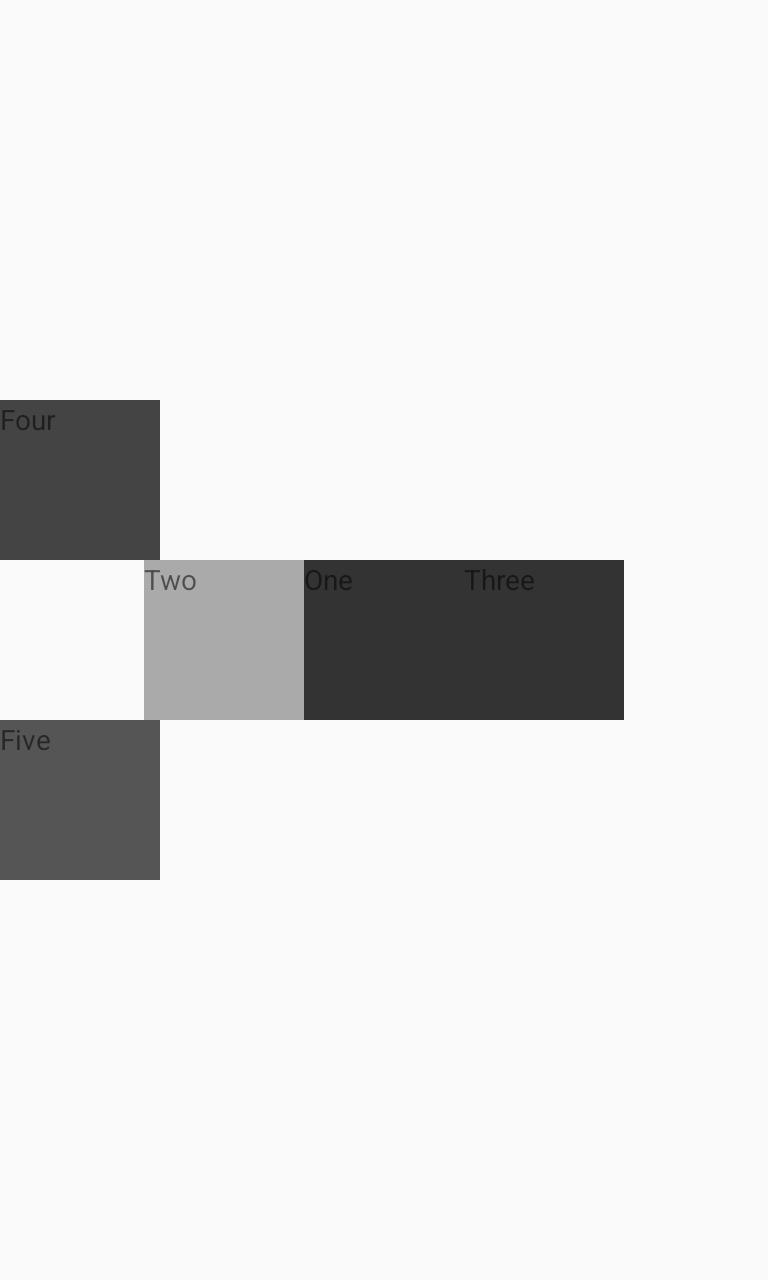
Repository: bingb89/Garbage
Layout: xml/hello/res/layout/activity_main.xml
The author's editor kept a copy of each file at every save. The layout is drawn from the files as they stood at one save, then again after the next save.
It is drawn on a 768 x 1280 px phone screen (xhdpi) without system bars, with theme AppTheme; the app's code is not run.

Above is the layout before, as saved 2015-12-24 08:52:06.

### xml/hello/res/layout/activity_main.xml
<RelativeLayout xmlns:android="http://schemas.android.com/apk/res/android"
    xmlns:tools="http://schemas.android.com/tools"
    android:id="@+id/RelativeLayout1"
    android:layout_width="match_parent"
    android:layout_height="match_parent" >

    <TextView
        android:id="@+id/t1"
        android:layout_width="80dp"
        android:layout_height="80dp"
        android:layout_centerInParent="true"
        android:background="#333333"
        android:text="@string/one" />

    <TextView
        android:id="@+id/t2"
        android:layout_width="80dp"
        android:layout_height="80dp"
        android:layout_toLeftOf="@id/t1"
        android:layout_centerVertical="true"
        android:background="#aaaaaa"
        android:text="@string/two" />

    <TextView
        android:id="@+id/t3"
        android:layout_width="80dp"
        android:layout_height="80dp"
        android:layout_toRightOf="@id/t1"
        android:layout_centerVertical="true"
        android:background="#333333"
        android:text="@string/three" />

    <TextView
        android:id="@+id/t4"
        android:layout_width="80dp"
        android:layout_height="80dp"
        android:layout_above="@id/t1"
        android:background="#444444"
        android:text="@string/four" />

    <TextView
        android:id="@+id/t5"
        android:layout_width="80dp"
        android:layout_height="80dp"
        android:layout_below="@id/t1"
        android:background="#555555"
        android:text="@string/five" />

</RelativeLayout>

### xml/hello/res/values/strings.xml
<?xml version="1.0" encoding="utf-8"?>
<resources>

    <string name="app_name">hello</string>
    <string name="hello_world">Hello world!</string>
    <string name="action_settings">Settings</string>

    <string name="one">One</string>
    <string name="two">Two</string>
    <string name="three">Three</string>
    <string name="four">Four</string>
    <string name="five">Five</string>

</resources>

Loaded but not shown: xml/hello/res/values/styles.xml (common file); xml/hello/res/values-v11/styles.xml (common file); xml/hello/res/values-v14/styles.xml (common file)

After the next save:
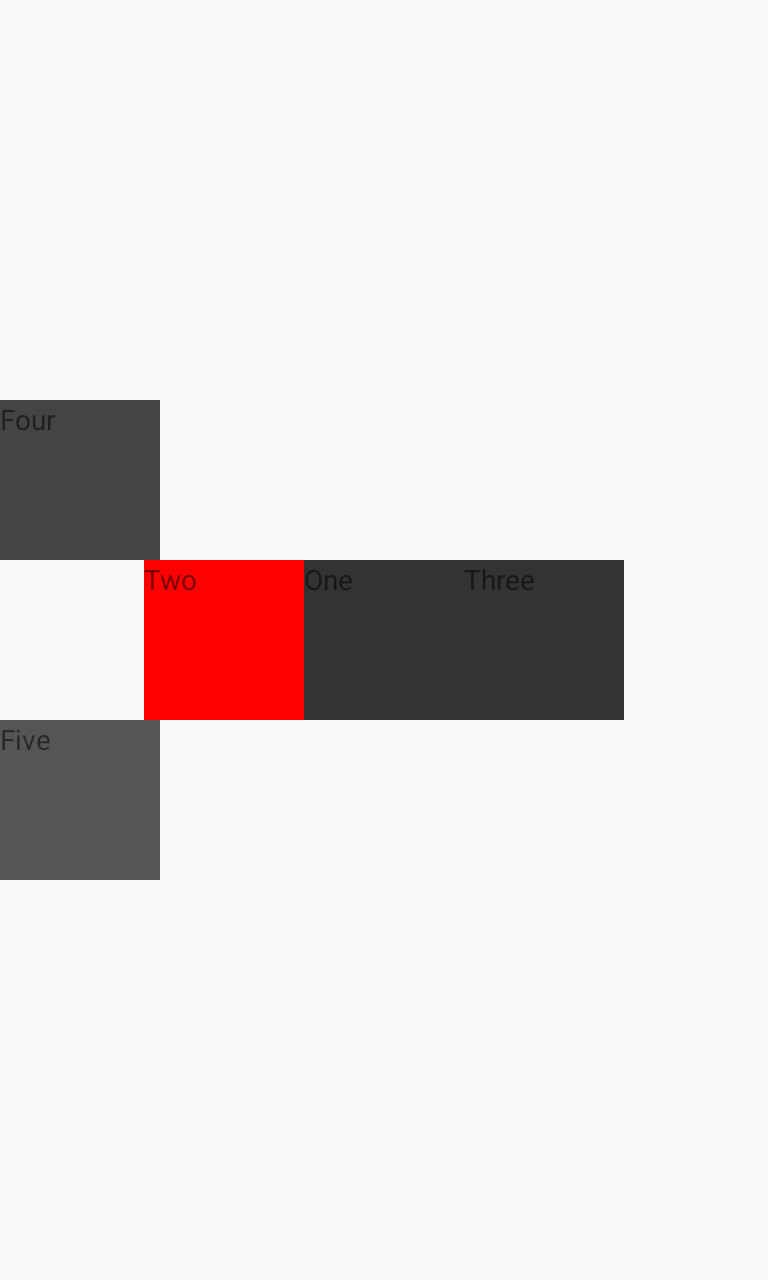
Saved 12 s later.
--- a/xml/hello/res/layout/activity_main.xml
+++ b/xml/hello/res/layout/activity_main.xml
@@ -18,7 +18,7 @@
         android:layout_height="80dp"
         android:layout_toLeftOf="@id/t1"
         android:layout_centerVertical="true"
-        android:background="#aaaaaa"
+        android:background="#ff0000"
         android:text="@string/two" />
 
     <TextView
